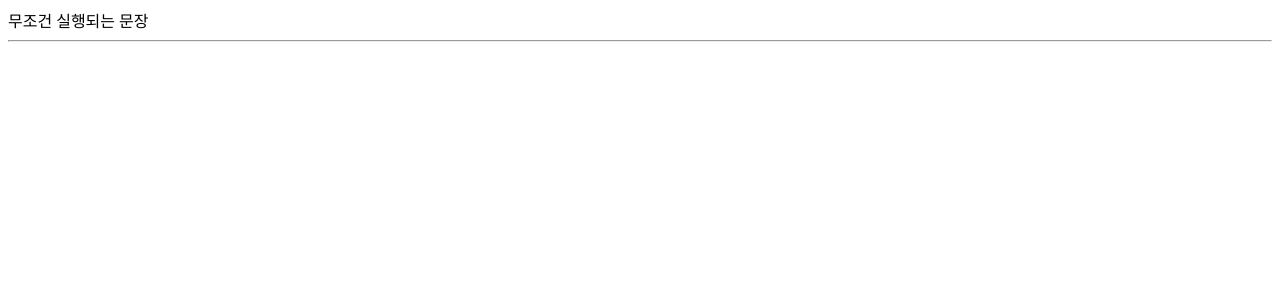
Repository: huntingforheat/JavaProject
Page: http://localhost/myweb/jstl/jstl_if.jsp
These files come from the project's save history. The page is drawn as it stood at one moment and after the next save; the edit follows.
The browser window is 1280 px wide. The pictures show the whole page.
The page is served by Tomcat 9.

Above is the page before, as saved 2024-04-17 02:18:28.

After the next save:
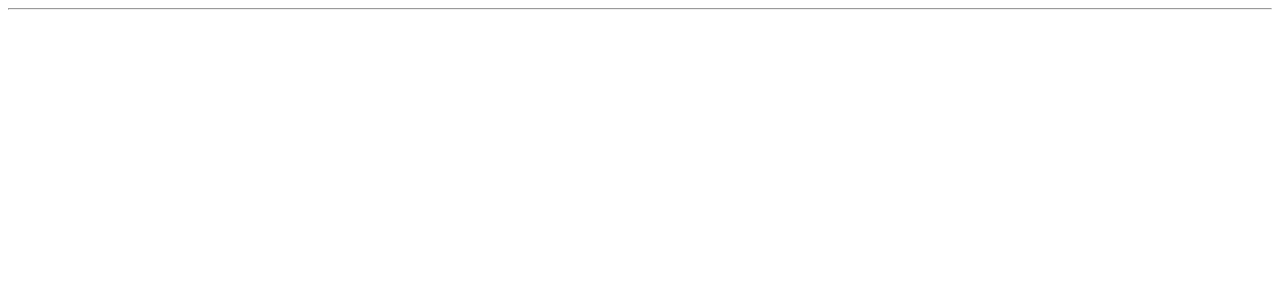
Saved 14 s later.
--- a/myweb/src/main/webapp/jstl/jstl_if.jsp
+++ b/myweb/src/main/webapp/jstl/jstl_if.jsp
@@ -10,7 +10,7 @@
 		<title>jstl_if.jsp</title>
 	</head>
 	<body>
-		<c:if test="true">
+		<c:if test="false">
 			무조건 실행되는 문장
 		</c:if>
 		<hr>

After the save that followed:
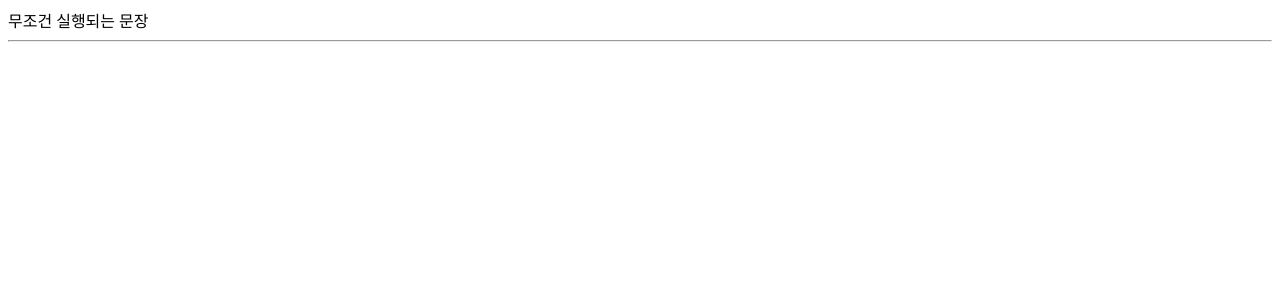
Saved 10 s later.
--- a/myweb/src/main/webapp/jstl/jstl_if.jsp
+++ b/myweb/src/main/webapp/jstl/jstl_if.jsp
@@ -10,7 +10,7 @@
 		<title>jstl_if.jsp</title>
 	</head>
 	<body>
-		<c:if test="false">
+		<c:if test="true">
 			무조건 실행되는 문장
 		</c:if>
 		<hr>
